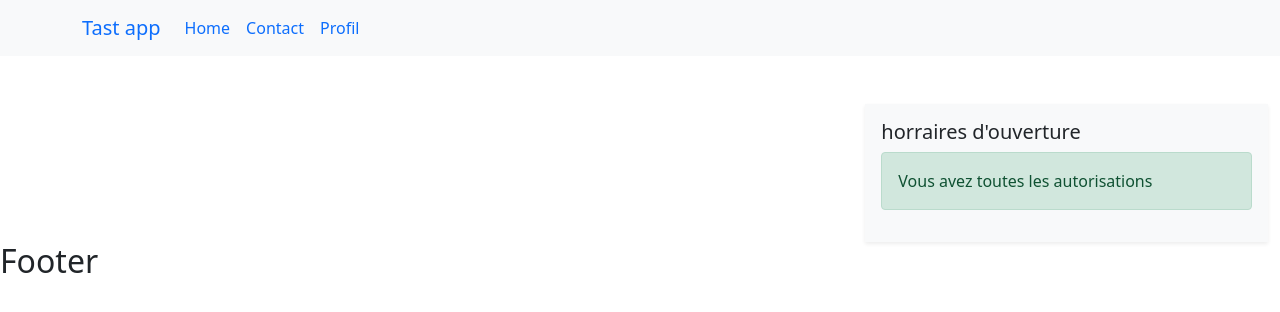
Repository: FS-23/php-getstarted
Page: http://localhost/
The author's editor kept a copy of each file at every save. The page is drawn from the files as they stood at one save, then again after the next save.
The browser window is 1280 px wide. The pictures show the whole page.
The page is run by PHP 8.4 with error messages shown; the project is at /var/www/html/.

Above is the page before, as saved 2022-05-28 12:24:31.

After the next save:
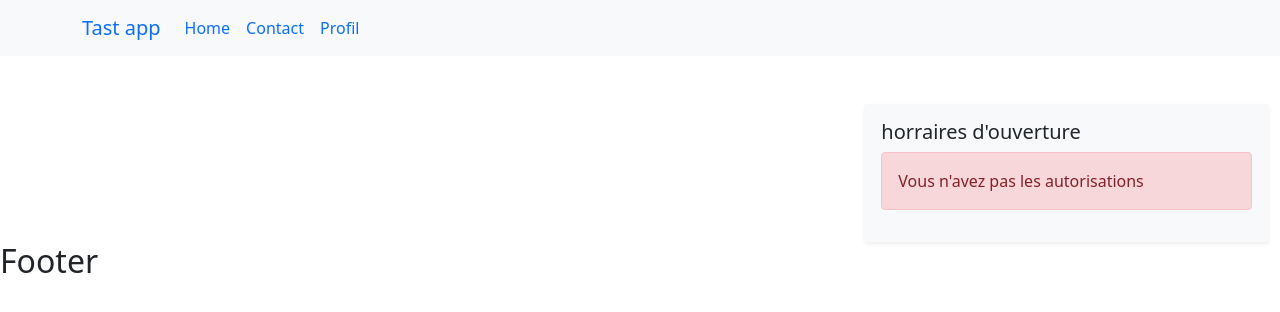
Saved 17 s later.
--- a/demoAPP/index.php
+++ b/demoAPP/index.php
@@ -8,7 +8,7 @@
     ];
 
 
-    $user = "admin"
+    $user = "normal"
 
 ?>
 <div class="row mx-0">
